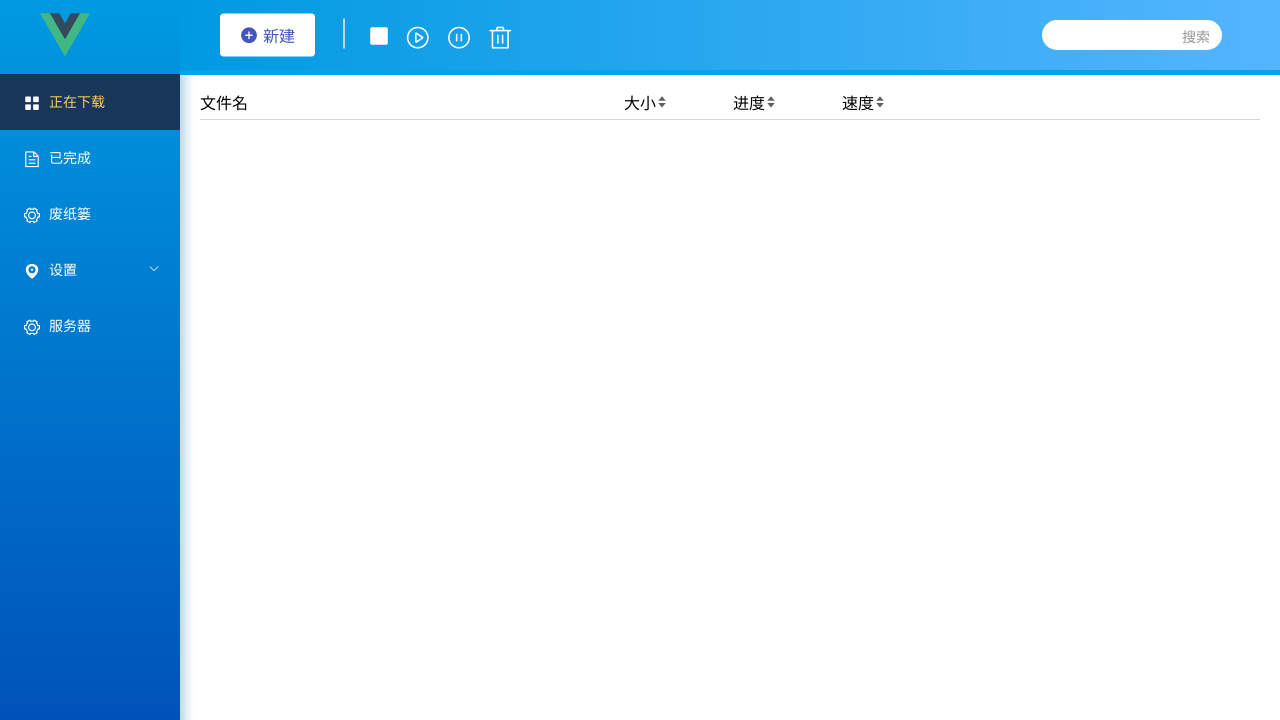
Repository: Ahui-qn/Aria2
Page: /
These files come from the project's save history. The page is drawn as it stood at one moment and after a run of saves; the edit follows.
The browser window is 1280 px wide. The pictures show the whole page.
The page's requests for data from a server got no answer. The project was rebuilt for these pictures with package versions that can differ from the ones it lists, and the page was loaded fresh each time. No one was signed in, and anything a server would have sent is missing. Also part of the build but not shown: src/components/Tables.vue.

Above is the page before, as saved 2021-11-03 11:32:35.

### src/main.js
import Vue from "vue";
import App from "./App.vue";
import router from "./router";
import store from "./store";
import Aria2Client from "./aria2-client.js"
import ElementUI from 'element-ui'
import 'element-ui/lib/theme-chalk/index.css'
import './assets/global.css'

Vue.use(ElementUI)


Vue.config.productionTip = false;

window.aria3 = new Aria2Client({
                    host: 'localhost',
                    port: 6800,
                    secret: '123456',
                })


new Vue({
  router,
  store,
  render: (h) => h(App),
}).$mount("#app");

### src/App.vue
<style lang="less" scopen>
* {
    margin: 0;
    padding: 0;
    box-sizing: border-box;
}
#app {
    display: flex;
    height: 100%;
     .el {
         height: 100%;
        .outmost-menu {
            border: none;
            width: 180px;
            height: 100%;
            box-shadow:5px 10px 10px 0px #0069994c;
            background-image:linear-gradient(#009ae1, #0052b9);
            padding-top: 10px;
            i {
                color: white;
            }
            .frist {
                margin-top: 14px;
            }
            img {
                display: block;
                width: 50px;
                margin-left: 40px;
            }
            .el-submenu {
                .el-menu {
                    background-color: #1c66ab;
                    .el-menu-item {
                        min-width: 0;
                    }
                    .el-menu-item:focus {   // 设置分组里focus颜色
                        background-color: #173658;
                    }
                    .el-menu-item-group__title {
                        display: none;
                    }
                }
            }
            .is-active {       //设置分组外层的focus颜色
                background-color: #173658;
            }
            .el-menu-item:hover {
                background-color: #173658;
            }

            .el-submenu__title:hover {
                background-color: #173658;
            }
        }
    }
    header {
        flex-grow: 1;
        nav {
            height: 70px;
            width: 100%;
            background-image:linear-gradient(to right, #009ae1, #54b5ff);
            position: relative;
            box-shadow:#09a2e9 0px 5px 0px 0px;
            .edit-status {
                height: 100%;
                padding-left:20px;
                .new {
                    margin-left: 20px;
                    background-color: #fff;
                    position: absolute;
                    color: #4355bd;
                    top: 50%;
                    transform: translateY(-50%);
                    border: none;
                    font-size: 16px;
                    a {
                        text-decoration:none;
                        color: #4355bd;
                    }
                    i {
                        font-size: 18px;
                    }
                }
                .new::after {
                    content: '';
                    height: 30px;
                    width: 2px;
                    background-color: rgb(210, 210, 210);
                    position: absolute;
                    top: 5px;
                    right: -30px;
                }
                .el-button-group::before {
                    content: none;
                }
                .el-button-group {
                    display: flex;
                    justify-content: space-between;
                    align-items: center;
                    padding: 0;
                    height: 50px;
                    width: 160px;
                    position: absolute;
                    left: 190px;
                    top:53%;
                    transform: translateY(-50%);
                    .el-checkbox__inner{
                        width: 18px;
                        height: 18px;
                    }
                    .el-checkbox__inner::after{
                        width: 7px;
                        height: 13px;
                        transform:rotate(42deg) scaleY(1) translate(-1px,-2px);
                    }

                    .el-button--primary {
                        border:none
                    }
                    .el-button{
                        background-color: rgba(255, 127, 80, 0);
                        border-radius: 0;
                        padding: 0;
                        i {
                            font-size: 25px;
                        }
                    }
                }
                label.search {
                    position: absolute;
                    top: 50%;
                    right: 50px;
                    transform: translateY(-50%);
                    span {
                        color: rgb(150, 150, 150);
                        position: absolute;
                        top: 6px;
                        right: 20px;
                        font-weight: 200;
                        font-size: 14px;
                    }
                    input {
                        width: 180px;
                        height: 30px;
                        border-radius: 999px;
                        border: none;
                        margin-right: 8px;
                        padding: 0 10px;
                    }
                }
            }
        }
    }
}
</style>

<template>
    <div id="app">
        <div class="el">
            <el-menu class="outmost-menu" text-color="#fff" active-text-color="#ffd04b" :router="true" :default-active="currentPath()">
                <img class="" src="./assets/logo.png" alt="" />
                <el-menu-item class="frist" index="/">
                    <i class="el-icon-menu"></i>
                    <span slot="title">正在下载</span>
                </el-menu-item>
                <el-menu-item index="/completed">
                    <i class="el-icon-document"></i>
                    <span slot="title">已完成</span>
                </el-menu-item>
                <el-menu-item index="/deleted">
                    <i class="el-icon-setting"></i>
                    <span slot="title">废纸篓</span>
                </el-menu-item>
                <el-submenu index="/settings">
                    <template slot="title">
                        <i class="el-icon-location"></i>
                        <span>设置</span>
                    </template>
                    <el-menu-item-group>
                        <el-menu-item index="/settings/basic">基础设置</el-menu-item>
                        <el-menu-item index="/settings/http">HTTP设置</el-menu-item>
                        <el-menu-item index="/settings/rpc">RPC设置</el-menu-item>
                        <el-menu-item index="/settings/advanced">高级设置</el-menu-item>
                    </el-menu-item-group>
                </el-submenu>
                <el-menu-item index="/server">
                    <i class="el-icon-setting"></i>
                    <span slot="title">服务器</span>
                </el-menu-item>
            </el-menu>
        </div>
        <header>
            <nav>
                <div class="edit-status">
                    <router-link to="/new">
                        <el-button type="primary" class="new" icon="el-icon-circle-plus">新建</el-button>
                    </router-link>
                    <el-button-group>
                        <el-checkbox @change="selectAll"></el-checkbox>   <!--全选按钮 ,拿取到当前组件的内容传递过去-->
                        <el-button type="primary" icon="el-icon-video-play" @click.native="editStatus('unpause')"></el-button>  <!--开始按钮-->
                        <el-button type="primary" icon="el-icon-video-pause" @click.native="editStatus('pause')"></el-button>  <!--暂停按钮-->
                        <el-button type="primary" icon="el-icon-delete" @click.native="editStatus('remove')"></el-button>   <!--删除按钮-->
                    </el-button-group>
                    <label class="search"><input type="text" /><span>搜索</span></label>
                </div>
            </nav>
            <router-view ></router-view>
        </header>
    </div>
</template>

<script>
import { mapMutations, mapActions } from 'vuex'

export default {
    name: 'App',
    data() {
        return {}
    },
    methods: {
         ...mapActions([
            'editStatus',
            ]),
        ...mapMutations([
            'selectAll',
            ]),
        currentPath() {
            return /\/\w*\/?/.exec(location.hash)[0]
        },
    },
}
</script>

### src/router/index.js
import Vue from 'vue'
import VueRouter from 'vue-router'
import Downloading from '../views/Downloading'

Vue.use(VueRouter)

const routes = [
    {
        path: '/',
        name: 'Downloading',
        component: Downloading,
    },
    {
        path: '/completed',
        name: 'Completed',
        component: () => import(/* webpackChunkName: "Completed" */ '../views/Completed.vue'),
    },
    {
        path: '/deleted',
        name: 'Deleted',
        component: () => import(/* webpackChunkName: "Deleted" */ '../views/Deleted.vue'),
    },
    {
        path: '/new',
        name: 'new',
        component: () => import(/* webpackChunkName: "newTask" */ '../views/NewTask.vue'),
    },
    {
        path: '/task/:gid',
        name: 'TaskDetails',
        component: () => import(/* webpackChunkName: "TaskDetails" */ '../views/TaskDetails.vue'),
    },
    {
        path: '/settings/:type',
        component: () => import(/* webpackChunkName: "setting" */ '../views/Setting.vue'),
    },

]

const router = new VueRouter({
    routes,
})

export default router

### src/store/index.js
import Vue from 'vue'
import Vuex from 'vuex'
import Aria2Client from '../aria2-client'
import { MessageBox } from 'element-ui';

Vue.use(Vuex)

export default new Vuex.Store({
    // strict: true,
    state: {
        tasks: [],    //正在下载任务列表，为多个对象
        search: '',   // 搜索功能输入的内容
        completeds: [],   // 已完成的task数据
        selected: [],
        aria2: new Aria2Client({
            host: 'localhost',
            port: 6800,
            secret: '123456',
        }),
    },
    getters: {
        showSearch(state) {   // 输入的内容匹配文件名字，搜索
            if (state.search == '') {
                return state.tasks
            }else {
                return state.tasks.filter(task => {
                    return task.files[0].path.toLowerCase().includes(state.search.toLowerCase())
                })
            }
        },
        getFileSize(state) {
            return function (task) {
                if (task.totalLength  > 1048576) {
                    return (task.totalLength / 1024 / 1024).toFixed(2) + ' MB'
                }else {
                    return (task.totalLength / 1024).toFixed(2) + ' KB'
                }
            }

        },
        getDownloadSpeed(state) {   // 当前下载速度
            return function (task) {
                if (task.status == 'paused') {
                    return '暂停中'
                }else if (task.status == 'waiting') {
                    return '等待中'
                }else  if (task.downloadSpeed == '0') {
                    return 0 + 'KB/s'
                }else if (task.downloadSpeed >= 1048576) {
                    return (task.downloadSpeed / 1024 / 1024).toFixed(2) + 'MB/s'
                }else {
                    return (task.downloadSpeed / 1024 ).toFixed(2) + 'KB/s'
                }

            }
        },
        getLinkName(state) {
            return function (task) {
                if (task.files?.[0].path) {  // 如果存在此文件
                    return task.files[0].path.split('/').at(-1) // path存在是一定有文件名的
                }else {
                    return task.files?.[0].uris?.[0].uri.split('/').at(-1) ?? '未知'
                }
            }
        },
        getProgress(state) {   // 当前下载进度，%显示
            return function (task) {
                if (task.completedLength == '0') {  // ???/等于000
                    return 0
                }else {
                    return Number((task.completedLength / task.totalLength * 100).toFixed(1))
                }
            }
        },
    },

    mutations: {
        selectedSwitch(state,task) {  // 切换选中selectedSwitch
                let idx = state.selected.indexOf(task.gid)
                if (idx == -1) {
                    state.selected.push(task.gid)  // 只传id
                }else {
                    state.selected.splice(idx, 1)
                }
        },
        selectAll (state) {    // 全部选择函数
            if (location.href.split('/').at(-1) == 'completed') { // 如果是在已完成页面
                if (state.selected.length == state.completeds.length) {
                    state.selected = []
                }else {
                    state.completeds.forEach((task) => {
                        state.selected.push(task.gid)
                    })
                }
            }else {  // 如果是在正在下载页面
                if (state.selected.length == state.tasks.length) {
                    state.selected = []  // 如果两个全都选中则清空数组
                }else {
                    state.tasks.forEach((task) => {
                        state.selected.push(task.gid)
                    })
                }
            }

        },
        handleSearchChange(state,e) {   // 搜索双向绑定
            state.search = e.target.value
        },
        updateList(state, tasks) {   // actions触发的task更新赋值函数
            state.tasks = tasks
        },
        editCompleteds(state, completeds) {
            state.completeds = completeds    // 将获取到的completeds赋值到新的completeds上
        }
    },

    actions: {
        async getCompletedName({commit,state}) {
            let completeds = [
                ...await state.aria2.tellStopped(0,1000)
            ]
            commit('editCompleteds', completeds)
        },
        async submit({state}, url) {
            await state.aria2.addUri([url])
       },
        async asyncUpdateList({ commit, state}) {     // Downloading组件页面每秒钟调用此函数更新数据
            let tasks = [
                ...await state.aria2.tellActive(),
                ...await state.aria2.tellWaiting(0,100)
            ]
            commit('updateList', tasks)
        },

        async editStatus({ state }, status) {   // 操作task删除、暂停、开始的操作
            if (status == 'remove') {
                try {
                   await MessageBox.confirm('确定删除？')   // element组件库的函数，返回一个promise
                }catch(e) {
                    return
                }
            }
            let selectedTask =  state.tasks.filter((task) => {
                return state.selected.includes(task.gid)
            })

            try {
                for (let task of selectedTask) {
                    if (task.status == 'active' && status == 'unpause') continue
                    if (task.status == 'pause' && status == 'pause') continue  // 如果不是这两个就是remove
                    await state.aria2[status](task.gid)   // 关与暂停、开始、删除操作都是传入gid
                    // 已删除的任务状态为removed，可以做已完成和已删除分类
            }
            } catch(e) {
                console.log('用element消息通知提示用户已暂停')
            }
            this.dispatch('asyncUpdateList')    // 调用上面的update更新状态
        },
    },

    modules: {},
})

### src/aria2-client.js
class Aria2Client {
    constructor(options) {
        this.options = options
        this.ws = new WebSocket(`ws://${options.host}:${options.port}/jsonrpc`)

        this.lastId = 1
        this.callbacks = {}  // 存储每个每次函数调用的回调函数

        this.connectPromise = new Promise((resolve, reject) => {  // 要么websocket处于连接成功状态，要么处于连接失败状态，正在连接中的话执行下面的forEach会报错
            this.ws.addEventListener('open', () => {
              resolve()
            })
            this.ws.addEventListener('error', (e) => {
              reject('WS_CONNECTION_ERROR')
            })
          })

        this.ws.addEventListener('message', (e) => {
            let data = JSON.parse(e.data)
            let callback = this.callbacks[data.id]  // 无论data是error还是result都带着此次会话id
            delete this.callbacks[data.id]
            if (typeof callback == 'function') {
                callback(data)
            }
        })
    }
}


   ;[
    "addUri",
    "addTorrent",
    "getPeers",
    "addMetalink",
    "remove",
    "pause",
    "forcePause",
    "pauseAll",
    "forcePauseAll",
    "unpause",
    "unpauseAll",
    "forceRemove",
    "changePosition",
    "tellStatus",
    "getUris",
    "getFiles",
    "getServers",
    "tellActive",
    "tellWaiting",
    "tellStopped",
    "getOption",
    "changeUri",
    "changeOption",
    "getGlobalOption",
    "changeGlobalOption",
    "purgeDownloadResult",
    "removeDownloadResult",
    "getVersion",
    "getSessionInfo",
    "shutdown",
    "forceShutdown",
    "getGlobalStat",
    "saveSession"
    ].forEach(methodName => {
        Aria2Client.prototype[methodName] = function (...args) {  // ...args为每个函数的 『 第一个参数之后 』的每个参数
            return this.connectPromise.then(() => {   //

                return new Promise((resolve, reject) => {
                    let id = this.lastId++
                    this.callbacks[id] = function (data) {  //ws.message事件触发调用callback说明data收到
                        if (data.error) {  // 如果data放回的是一个error说明出错
                            reject(data.error)
                        }else {
                            resolve(data.result)    //拿到结果，promise状态确定
                        }
                    }
                    this.ws.send(JSON.stringify({
                        jsonrpc : '2.0',
                        id : id,
                        method: 'aria2.' + methodName,
                        params: [`token:${this.options.secret}`, ...args]
                    }))
                })

            })
        }
    })




    export default Aria2Client

### src/assets/global.css
html, body {
    height: 100%;
    width: 100%;
}

### src/views/Downloading.vue
<style scoped lang="less">
</style>

<template>
    <div id="dowloading">
        <Header :isShowSpeed="true"/>
        <Tables
            v-for="(task) of showSearch"
            @click.native="selectedSwitch(task)"
            :key="task.gid"
            :filename="getLinkName(task)"
            :filesize="getFileSize(task)"
            :progress="getProgress(task)"
            :speed="getDownloadSpeed(task)"
            :selected="selected"
            :task="task"
        />
    </div>
</template>

<script>

import { mapState , mapMutations, mapGetters,  mapActions} from "vuex"
import Header from '../components/Header.vue'
import Tables from  "../components/Tables.vue"
export default {
    name:'downloading',
    data() {
        return {}
    },
    components: {
        Tables,
        Header,
    },
    mounted() {
        this.$store.dispatch('asyncUpdateList')
        this.IntervalId = setInterval(() => {
            this.$store.dispatch('asyncUpdateList')
        },1000)
    },

    beforeDestroy() {
        clearInterval(this.IntervalId)
    },
    computed : {
        ...mapState(['selected']),
        ...mapGetters([
            'showSearch',
            'getLinkName',
            'getProgress',
            'getDownloadSpeed',
            'getFileSize'
            ]),
    },
    methods :{
        ...mapActions(['editStatus']),
        ...mapMutations([   // 函数作用注释在store里
            'selectedSwitch',
            'selectAll',
            'updateList',
            'handleSearchChange',
            ]),
    },
}
</script>

### src/components/Header.vue
<style scoped lang="less">
    .classify {
        margin: 20px;
        font-size: 16px;
        position: relative;
        height: 30px;
        border-bottom: 1px rgba(198, 198, 198, 0.715) solid;
        div.container {
            position: absolute;
            top: 0;
            left: 40%;
            display: flex;
            width: 250px;
            justify-content: space-between;
            div {
                position: relative;
                i {
                    position: absolute;
                    font-size: 12px;
                    color: rgb(94, 94, 94);
                }
                i:nth-of-type(1) {
                    top: 3px;
                }
                i:nth-of-type(2) {
                    top: 9px;
                }
            }
        }
}
</style>
<template>
    <div>
        <header class="classify">
            <span>文件名</span>
            <div class="container">
                <div>
                    <span>大小</span>
                    <i class="el-icon-caret-top"></i>
                    <i class="el-icon-caret-bottom"></i>
                </div>
                <div>
                    <span>进度</span>
                    <i class="el-icon-caret-top"></i>
                    <i class="el-icon-caret-bottom"></i>
                </div>
                <div v-show="isShowSpeed">
                    <span>速度</span>
                     <i class="el-icon-caret-top"></i>
                     <i class="el-icon-caret-bottom"></i>
                </div>
            </div>
        </header>
    </div>
</template>
<script>
export default {
    name: 'Header',
    props: {
        isShowSpeed: {
            type: Boolean,
            required: false,
            default: true
        }
    }
}
</script>

Loaded but not shown: public/index.html (common file)

After the next 2 saves:
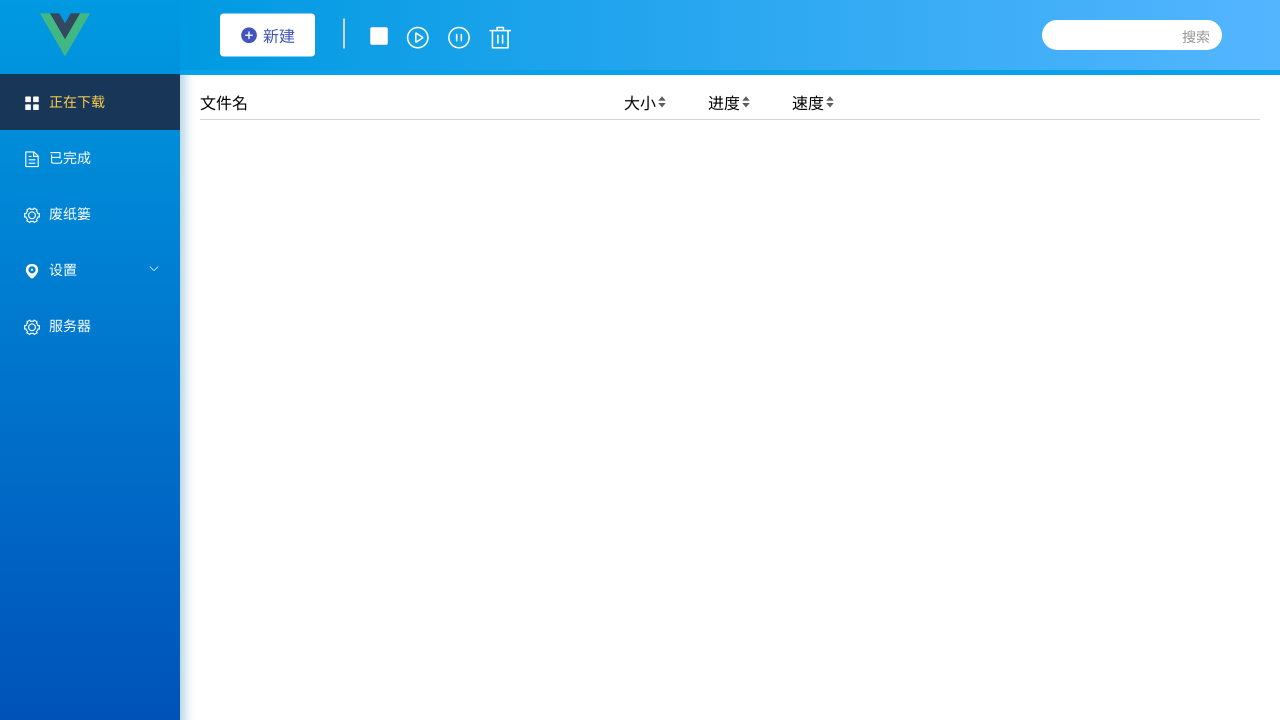
The 2 saves are shown as one change because they came seconds apart.
The last was saved 12 s later.
--- a/src/components/Header.vue
+++ b/src/components/Header.vue
@@ -10,7 +10,7 @@
             top: 0;
             left: 40%;
             display: flex;
-            width: 250px;
+            width: 200px;
             justify-content: space-between;
             div {
                 position: relative;
